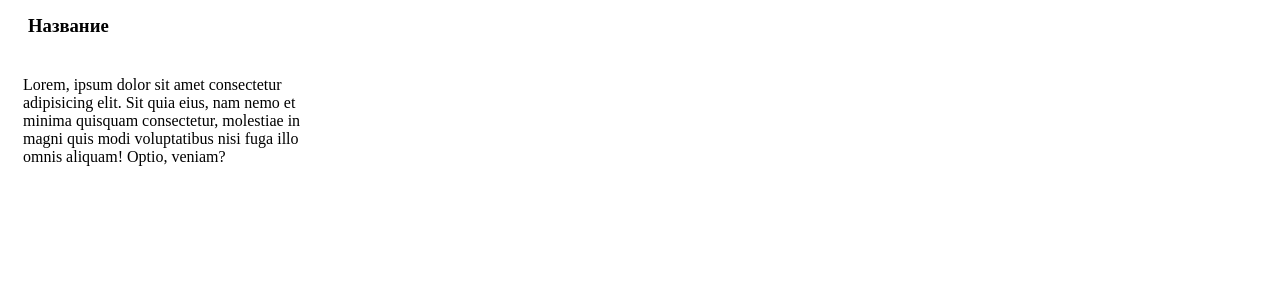
Repository: MaratLK/PLKFrontend
Page: Templates/NewsForIndex.html
The author's editor kept a copy of each file at every save. The page is drawn from the files as they stood at one save, then again after the next save.
The browser window is 1280 px wide. The pictures show the whole page.

Above is the page before, as saved 2024-08-25 06:15:17.

After the next save:
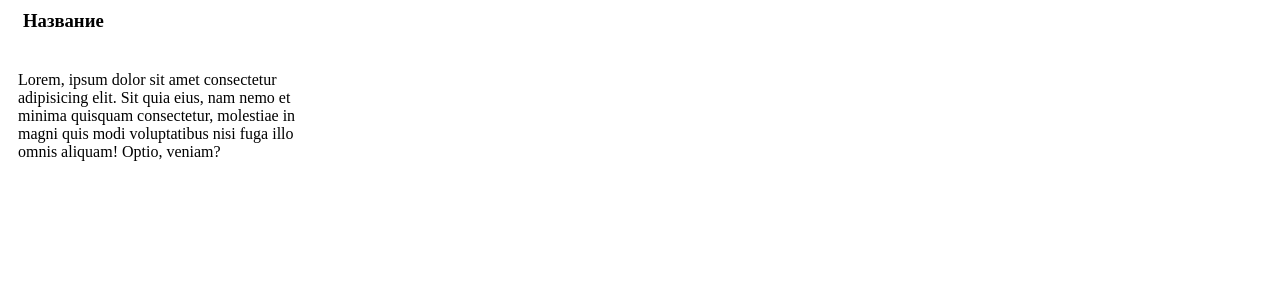
Saved 28 s later.
--- a/Templates/NewsForIndex.html
+++ b/Templates/NewsForIndex.html
@@ -8,7 +8,8 @@
         .newsblk{
             height: 300px;
             width: 300px;
-            margin: 15px;
+            margin: 10px;
+            border: 3px;
         }
         .newsblk h3{
             margin: 5px;
